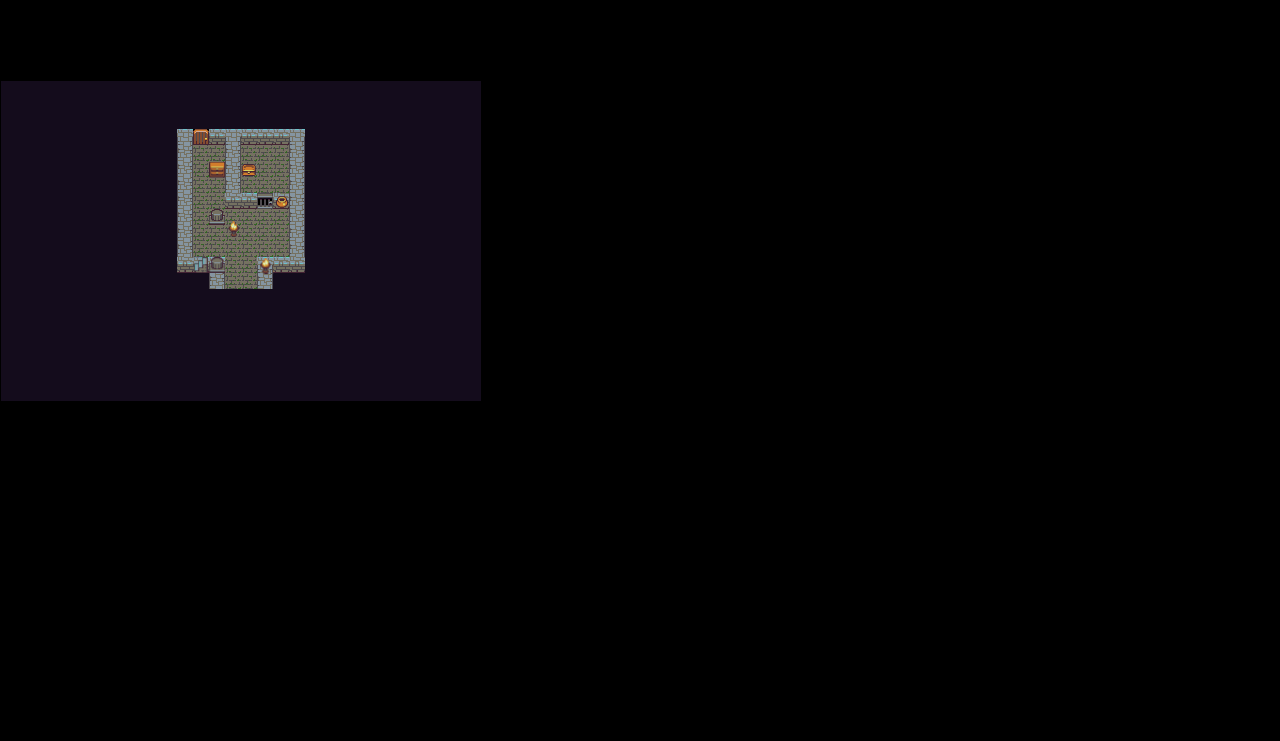
Repository: Arifindepayjr1/RPG_GAMES
Page: / (app in pixel2d_game/)
The author's editor kept a copy of each file at every save. The page is drawn from the files as they stood at one save, then again after the next save.
The browser window is 1280 px wide. The pictures show the whole page.
The project was rebuilt for these pictures with package versions that can differ from the ones it lists, and the page was loaded fresh each time. Also part of the build but not shown: pixel2d_game/vite.config.js.

Above is the page before, as saved 2025-03-19 00:21:16.

### pixel2d_game/src/App.jsx
import React from 'react';
import Tilemap3 from '../src/component/tilemap3';
import './App.css'; // Optional: for styling

function App() {
  return (
    <div className="App">
      <h1>Tilemap3 Test</h1>
      <Tilemap3 />
    </div>
  );
}

export default App;

### pixel2d_game/src/component/tilemap3.jsx
import React, { useEffect, useRef, useMemo } from 'react';
import tilemapImage from "./asset/assets/tilemap1asset.png";

const Tilemap3 = () => {
  const canvasRef = useRef(null);
  const TILE_SIZE = 16;

const rawMap = [
    23, 23, 23, 23, 23, 23, 23, 23, 23, 23, 23, 23, 23, 23, 23, 23, 23, 23, 23, 23, 23, 23, 23, 23, 23, 23, 23, 23, 23, 23,
    23, 23, 23, 23, 23, 23, 23, 23, 23, 23, 23, 23, 23, 23, 23, 23, 23, 23, 23, 23, 23, 23, 23, 23, 23, 23, 23, 23, 23, 23,
    23, 23, 23, 23, 23, 23, 23, 23, 23, 23, 23, 23, 23, 23, 23, 23, 23, 23, 23, 23, 23, 23, 23, 23, 23, 23, 23, 23, 23, 23,
    23, 23, 23, 23, 23, 23, 23, 23, 23, 23, 23, 4, 49, 1, 4, 1, 1, 1, 4, 23, 23, 23, 23, 23, 23, 23, 23, 23, 23, 23,
    23, 23, 23, 23, 23, 23, 23, 23, 23, 23, 23, 2, 15, 15, 2, 15, 15, 15, 2, 23, 23, 23, 23, 23, 23, 23, 23, 23, 23, 23,
    23, 23, 23, 23, 23, 23, 23, 23, 23, 23, 23, 2, 15, 15, 2, 15, 15, 15, 2, 23, 23, 23, 23, 23, 23, 23, 23, 23, 23, 23,
    23, 23, 23, 23, 23, 23, 23, 23, 23, 23, 23, 2, 15, 15, 2, 15, 15, 15, 2, 23, 23, 23, 23, 23, 23, 23, 23, 23, 23, 23,
    23, 23, 23, 23, 23, 23, 23, 23, 23, 23, 23, 2, 15, 15, 3, 1, 50, 3, 2, 23, 23, 23, 23, 23, 23, 23, 23, 23, 23, 23,
    23, 23, 23, 23, 23, 23, 23, 23, 23, 23, 23, 2, 15, 15, 15, 15, 15, 15, 2, 23, 23, 23, 23, 23, 23, 23, 23, 23, 23, 23,
    23, 23, 23, 23, 23, 23, 23, 23, 23, 23, 23, 2, 15, 15, 15, 15, 15, 15, 2, 23, 23, 23, 23, 23, 23, 23, 23, 23, 23, 23,
    23, 23, 23, 23, 23, 23, 23, 23, 23, 23, 23, 2, 15, 15, 15, 15, 15, 15, 2, 23, 23, 23, 23, 23, 23, 23, 23, 23, 23, 23,
    23, 23, 23, 23, 23, 23, 23, 23, 23, 23, 23, 3, 1, 4, 15, 15, 4, 1, 3, 23, 23, 23, 23, 23, 23, 23, 23, 23, 23, 23,
    23, 23, 23, 23, 23, 23, 23, 23, 23, 23, 23, 23, 23, 2, 15, 15, 2, 23, 23, 23, 23, 23, 23, 23, 23, 23, 23, 23, 23, 23,
    23, 23, 23, 23, 23, 23, 23, 23, 23, 23, 23, 23, 23, 23, 23, 23, 23, 23, 23, 23, 23, 23, 23, 23, 23, 23, 23, 23, 23, 23,
    23, 23, 23, 23, 23, 23, 23, 23, 23, 23, 23, 23, 23, 23, 23, 23, 23, 23, 23, 23, 23, 23, 23, 23, 23, 23, 23, 23, 23, 23,
    23, 23, 23, 23, 23, 23, 23, 23, 23, 23, 23, 23, 23, 23, 23, 23, 23, 23, 23, 23, 23, 23, 23, 23, 23, 23, 23, 23, 23, 23,
    23, 23, 23, 23, 23, 23, 23, 23, 23, 23, 23, 23, 23, 23, 23, 23, 23, 23, 23, 23, 23, 23, 23, 23, 23, 23, 23, 23, 23, 23,
    23, 23, 23, 23, 23, 23, 23, 23, 23, 23, 23, 23, 23, 23, 23, 23, 23, 23, 23, 23, 23, 23, 23, 23, 23, 23, 23, 23, 23, 23,
    23, 23, 23, 23, 23, 23, 23, 23, 23, 23, 23, 23, 23, 23, 23, 23, 23, 23, 23, 23, 23, 23, 23, 23, 23, 23, 23, 23, 23, 23,
    23, 23, 23, 23, 23, 23, 23, 23, 23, 23, 23, 23, 23, 23, 23, 23, 23, 23, 23, 23, 23, 23, 23, 23, 23, 23, 23, 23, 23, 23
  ];

  const baseLayer = Array(20).fill().map(() => Array(30));
  for (let row = 0; row < 20; row++) {
    for (let col = 0; col < 30; col++) {
      baseLayer[row][col] = rawMap[row * 30 + col];
    }
  }

  // Memoize objects
  const objects = useMemo(() => [
    {"gid": 37, "height": 16, "id": 2, "name": "", "rotation": 0, "type": "", "visible": true, "width": 16, "x": 239.75, "y": 81},
    {"gid": 57, "height": 16, "id": 3, "name": "", "rotation": 0, "type": "", "visible": true, "width": 16, "x": 208.25, "y": 80.5},
    {"gid": 40, "height": 16, "id": 7, "name": "", "rotation": 0, "type": "", "visible": true, "width": 16, "x": 208, "y": 128},
    {"gid": 61, "height": 16, "id": 8, "name": "", "rotation": 0, "type": "", "visible": true, "width": 16, "x": 224.75, "y": 139.75},
    {"gid": 58, "height": 16, "id": 10, "name": "", "rotation": 0, "type": "", "visible": true, "width": 16, "x": 191.25, "y": 176.25},
    {"gid": 40, "height": 16, "id": 11, "name": "", "rotation": 0, "type": "", "visible": true, "width": 16, "x": 208.25, "y": 176.25},
    {"gid": 62, "height": 16, "id": 12, "name": "", "rotation": 0, "type": "", "visible": true, "width": 16, "x": 256.5, "y": 176.5},
    {"gid": 28, "height": 16, "id": 14, "name": "", "rotation": 0, "type": "", "visible": true, "width": 16, "x": 273, "y": 113.25}
  ], []); // Empty dependency array since it’s static

  useEffect(() => {
    const canvas = canvasRef.current;
    const ctx = canvas.getContext('2d');
    const tileset = new Image();
    tileset.src = tilemapImage;

    const tilePositions = {
      12: { x: 48, y: 16 }, 11: { x: 32, y: 16 }, 18: { x: 16, y: 32 }, 22: { x: 80, y: 32 },
      0: { x: 0, y: 16 }, 5: { x: 64, y: 0 }, 8: { x: 112, y: 0 }, 6: { x: 80, y: 0 },
      1: { x: 0, y: 0 }, 2: { x: 16, y: 0 }, 89: { x: 0, y: 176 }, 13: { x: 64, y: 16 },
      77: { x: 64, y: 144 }, 31: { x: 96, y: 48 }, 59: { x: 32, y: 112 }, 60: { x: 48, y: 112 },
      21: { x: 64, y: 32 }, 28: { x: 48, y: 48 }, 57: { x: 112, y: 96 }, 56: { x: 96, y: 96 },
      45: { x: 80, y: 80 }, 54: { x: 80, y: 96 }, 48: { x: 112, y: 80 }, 38: { x: 80, y: 64 },
      36: { x: 64, y: 64 }, 16: { x: 112, y: 16 }, 51: { x: 32, y: 96 }, 19: { x: 32, y: 32 },
      49: { x: 0, y: 96 }, 41: { x: 0, y: 80 }, 42: { x: 16, y: 80 }, 43: { x: 32, y: 80 },
      33: { x: 0, y: 64 }, 25: { x: 0, y: 48 }, 26: { x: 16, y: 48 }, 27: { x: 32, y: 48 },
      35: { x: 32, y: 64 }, 15: { x: 96, y: 16 }, 23: { x: 96, y: 32 }, 24: { x: 64, y: 32 },
      3: { x: 32, y: 0 }, 4: { x: 48, y: 0 }, 50: { x: 16, y: 96 }, 37: { x: 64, y: 64 },
      40: { x: 112, y: 64 }, 58: { x: 0, y: 112 }, 61: { x: 64, y: 112 }, 62: { x: 80, y: 112 }
    };

    const drawMap = () => {
      if (!tileset.complete || tileset.naturalWidth === 0) {
        console.log('Tileset not loaded yet, retrying...');
        setTimeout(drawMap, 100);
        return;
      }

      for (let row = 0; row < 20; row++) {
        for (let col = 0; col < 30; col++) {
          const tileId = baseLayer[row][col];
          const tilePos = tilePositions[tileId] || tilePositions[15];
          ctx.drawImage(
            tileset,
            tilePos.x, tilePos.y,
            TILE_SIZE, TILE_SIZE,
            col * TILE_SIZE, row * TILE_SIZE,
            TILE_SIZE, TILE_SIZE
          );
        }
      }

      objects.forEach(obj => {
        if (obj.visible) {
          const tilePos = tilePositions[obj.gid];
          if (tilePos) {
            const x = Math.floor(obj.x / TILE_SIZE) * TILE_SIZE + (obj.x % TILE_SIZE);
            const y = Math.floor(obj.y / TILE_SIZE) * TILE_SIZE + (obj.y % TILE_SIZE);
            ctx.drawImage(
              tileset,
              tilePos.x, tilePos.y,
              TILE_SIZE, TILE_SIZE,
              x, y,
              TILE_SIZE, TILE_SIZE
            );
          }
        }
      });
    };

    tileset.onload = drawMap;
    tileset.onerror = () => console.error('Failed to load tileset image');

    return () => {};
  }, [baseLayer, objects]);

  return (
    <div>
      <canvas ref={canvasRef} width={480} height={320} style={{ border: '1px solid black' }} />
    </div>
  );
};

export default Tilemap3;

### pixel2d_game/src/App.css
body {
  margin: 0;
  padding: 0;
  background: black;
  height: 100vh;
  overflow: hidden;
}

Loaded but not shown: pixel2d_game/index.html (common file); pixel2d_game/src/main.jsx (common file); pixel2d_game/src/index.css (no stored copy; drawn as an empty file)

After the next save:
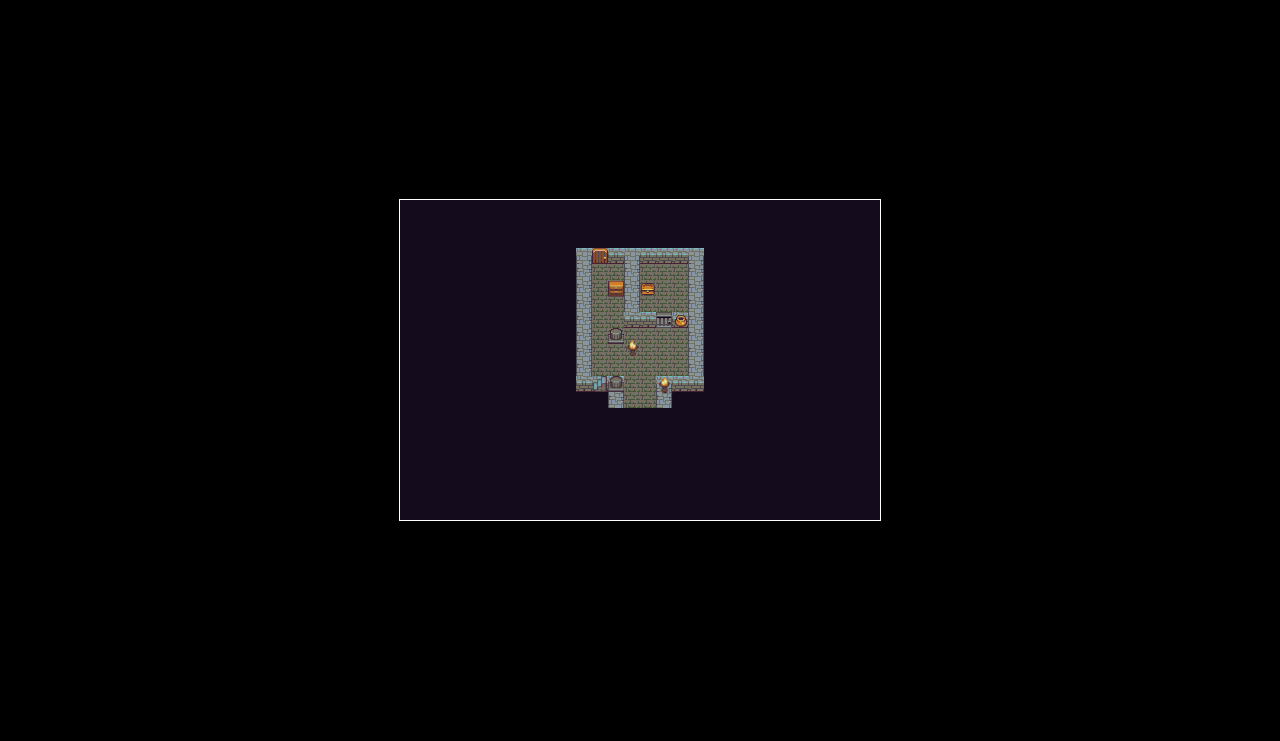
Saved 16 s later.
--- a/pixel2d_game/src/component/tilemap3.jsx
+++ b/pixel2d_game/src/component/tilemap3.jsx
@@ -115,7 +115,14 @@ const rawMap = [
 
   return (
     <div>
-      <canvas ref={canvasRef} width={480} height={320} style={{ border: '1px solid black' }} />
+      <canvas ref={canvasRef} width={480} height={320}  style={{
+        position: "absolute",
+        top: "50%",
+        left: "50%",
+        transform: "translate(-50%, -50%)",
+        border: "1px solid white",
+        background: "gray", // Fallback background
+      }} />
     </div>
   );
 };
